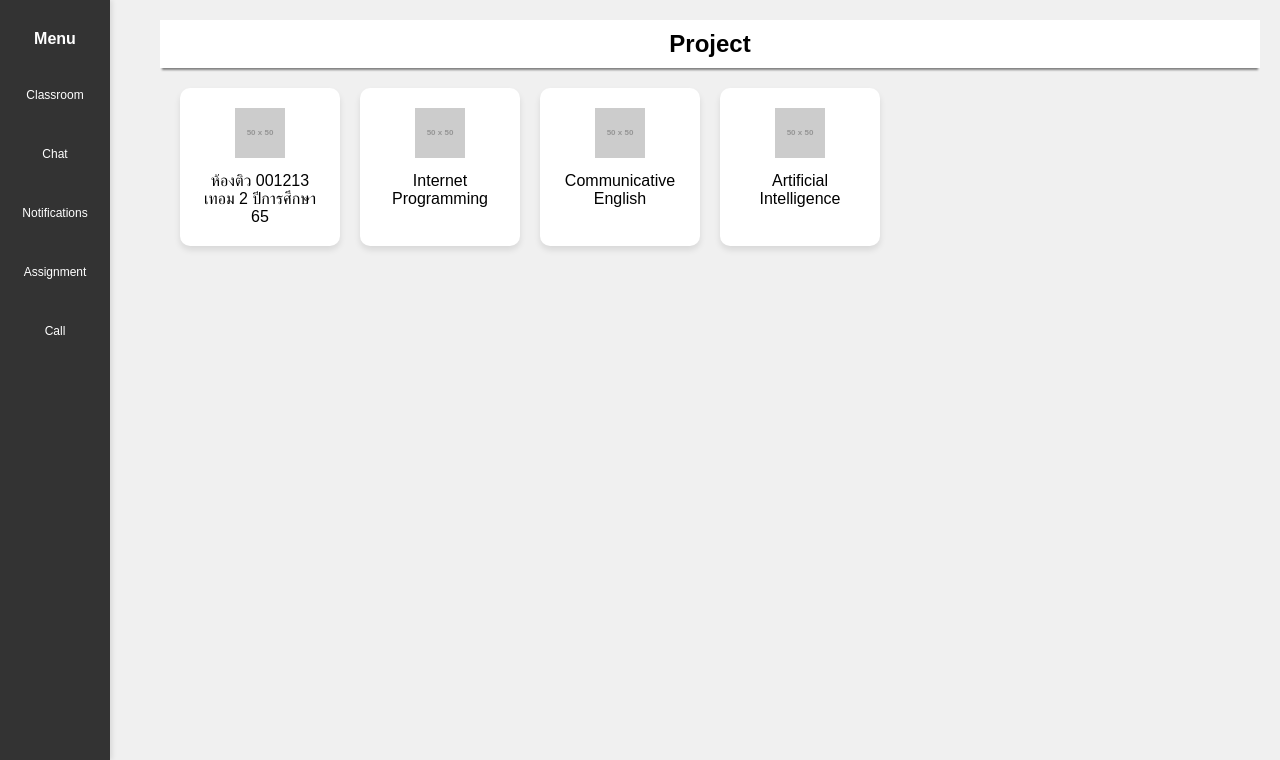
Repository: praifas16/ProPro
Page: docs/studenthead.html
An editor plug-in stored every save of this project. The page is shown before and after the next save, followed by the edit.
The browser window is 1280 px wide. The pictures show the whole page.

Above is the page before, as saved 2024-08-21 20:17:14.

### docs/studenthead.html
<!DOCTYPE html>
<html lang="th">
<head>
    <meta charset="UTF-8">
    <meta name="viewport" content="width=device-width, initial-scale=1.0">
    <title>My Dashboard</title>
    <style>
        body {
            font-family: Arial, sans-serif;
            margin: 0;
            padding: 0;
            background-color: #f0f0f0;
            display: flex;
        }

        /* เมนูแถบข้าง */
        .sidebar {
            width: 70px;
            background-color: #333;
            color: white;
            height: 100vh;
            padding: 20px 20px;
            box-shadow: 2px 0 5px rgba(0, 0, 0, 0.1);
            display: flex;
            flex-direction: column;
            align-items: center;
        }

        .menu-header {
            margin-top: 10px; /* ขยับคำว่า Menu ลง */
            margin-bottom: 25px; /* เว้นระยะห่างจากเมนูด้านล่าง */
            font-size: 16px;
            font-weight: bold;
        }

        .menu-items {
            margin-top: 0px; /* เพิ่มระยะห่างด้านบน เพื่อให้ตรงกับบ็อกสี่เหลี่ยม */
        }

        .sidebar a {
            display: flex;
            flex-direction: column;
            align-items: center;
            color: white;
            padding: 10px;
            text-decoration: none;
            margin-bottom: 20px;
            font-size: 12px;
            text-align: center;
        }

        .sidebar a:hover {
            background-color: #5f5f5f;
            border-radius: 4px;
            width: 80%;
            text-align: center;
        }

        .sidebar i {
            font-size: 24px;
            margin-bottom: 5px;
        }

        /* โครงสร้างหน้าเว็บหลัก */
        .main-content {
            flex-grow: 1;
            padding: 20px 20px 20px 50px; /* เพิ่ม padding ด้านซ้ายเพื่อให้เนื้อหาหลักอยู่ในระนาบเดียวกัน */
        }

        header {
            background-color: #ffffff;
            padding: 10px;
            text-align: center;
            box-shadow: 0px 4px 2px -2px gray;
        }

        h1 {
            margin: 0;
            font-size: 24px;
        }

        .container {
            display: grid;
            grid-template-columns: repeat(auto-fill, minmax(150px, 1fr));
            gap: 20px;
            padding: 20px;
        }

        .card {
            background-color: #ffffff;
            border-radius: 10px;
            box-shadow: 0 4px 6px rgba(0, 0, 0, 0.1);
            text-align: center;
            padding: 20px;
            transition: transform 0.3s;
        }

        .card:hover {
            transform: scale(1.05);
        }

        .card img {
            width: 50px;
            height: 50px;
            margin-bottom: 10px;
        }

        .card p {
            margin: 0;
            font-size: 16px;
        }
    </style>
</head>
<body>
    <!-- เมนูแถบข้าง -->
    <div class="sidebar">
        <div class="menu-header">Menu</div>
        <div class="menu-items">
            <a href="#"><i class="fa fa-home"></i><span>Classroom</span></a>
            <a href="#"><i class="fa fa-users"></i><span>Chat</span></a>
            <a href="#"><i class="fa fa-notificat"></i><span>Notifications</span></a>
            <a href="#"><i class="fa fa-assign"></i><span>Assignment</span></a>
            <a href="#"><i class="fa fa-phone"></i><span>Call</span></a>
        </div>
    </div>

    <!-- เนื้อหาหลัก -->
    <div class="main-content">
        <header>
            <h1>Project</h1>
        </header>
        <div class="container">
            <div class="card">
                <img src="https://via.placeholder.com/50" alt="icon">
                <p>ห้องติว 001213 เทอม 2 ปีการศึกษา 65</p>
            </div>
            <div class="card">
                <img src="https://via.placeholder.com/50" alt="icon">
                <p>Internet Programming</p>
            </div>
            <div class="card">
                <img src="https://via.placeholder.com/50" alt="icon">
                <p>Communicative English</p>
            </div>
            <div class="card">
                <img src="https://via.placeholder.com/50" alt="icon">
                <p>Artificial Intelligence</p>
            </div>
            <!-- เพิ่มเติม Card อื่น ๆ ตามต้องการ -->
        </div>
    </div>
</body>
</html>

After the next save:
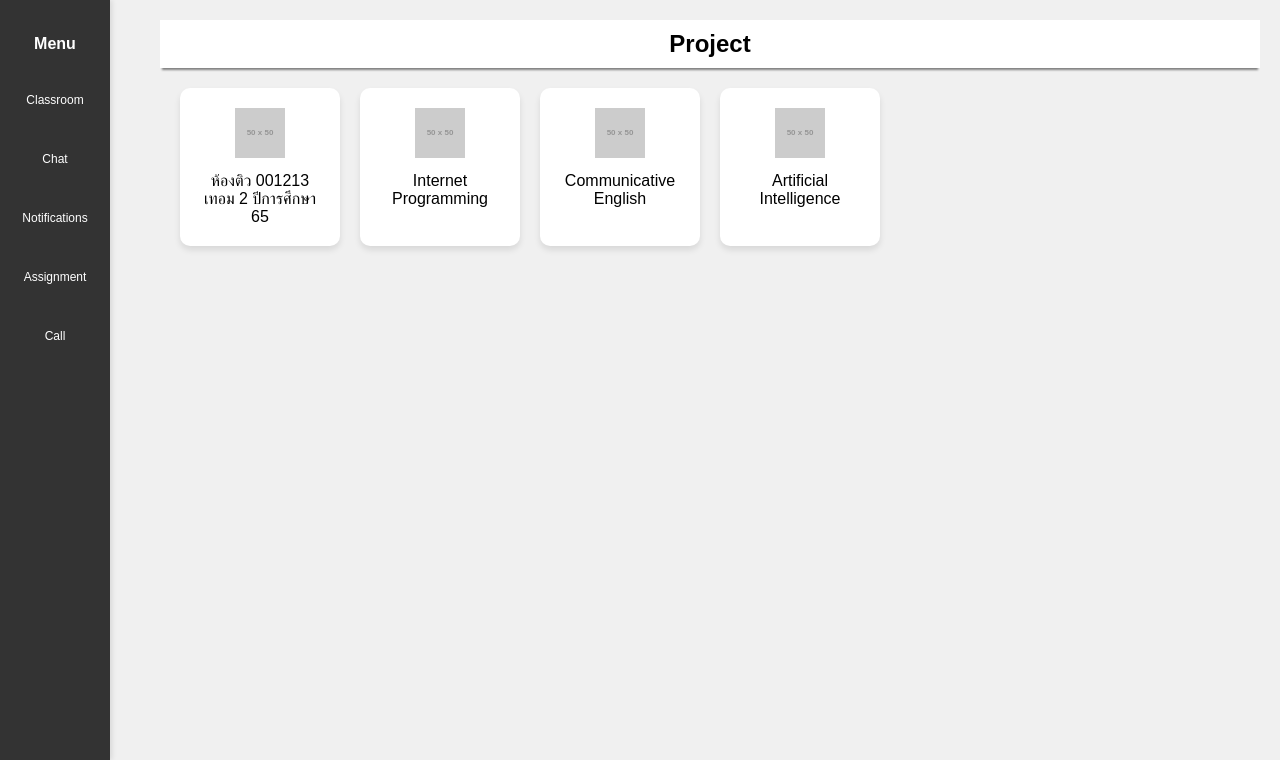
Saved 8 s later.
--- a/docs/studenthead.html
+++ b/docs/studenthead.html
@@ -27,7 +27,7 @@
         }
 
         .menu-header {
-            margin-top: 10px; /* ขยับคำว่า Menu ลง */
+            margin-top: 15px; /* ขยับคำว่า Menu ลง */
             margin-bottom: 25px; /* เว้นระยะห่างจากเมนูด้านล่าง */
             font-size: 16px;
             font-weight: bold;
